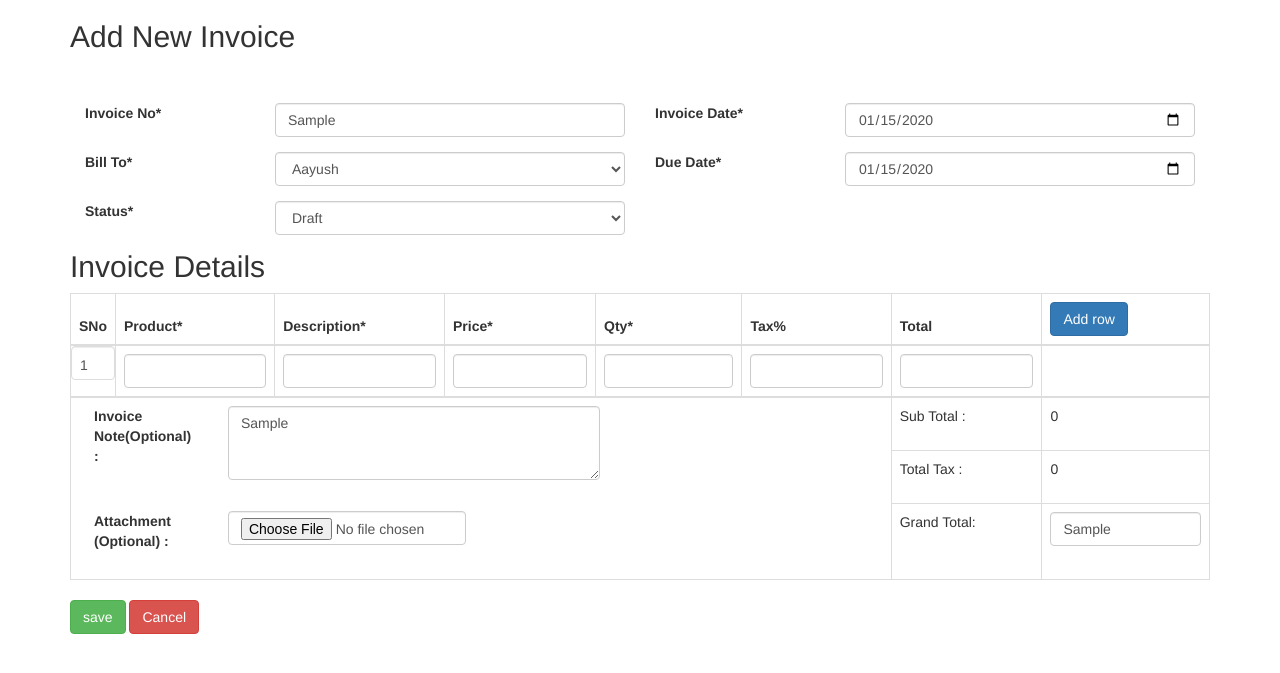
Repository: Aayush13013/Invoice_Management_app
Page: http://localhost/invoiceInfo/WEB-INF/jsp/new_invoiceInfo.jsp
These files come from the project's save history. The page is drawn as it stood at one moment and after the next save; the edit follows.
The browser window is 1280 px wide. The pictures show the whole page.
Empty fields were first filled with sample values (such as "Sample", 5 or name@example.com).
After loading, the first visible `input.btn` was clicked once.
The page is served by Tomcat 9. Nobody is signed in. Other server files are loaded and not shown. The template is opened directly, without the code that normally fills it, so the values that code supplies are empty.

Above is the page before, as saved 2021-12-28 07:20:46.

### invoiceInfo/invoiceInfo/src/main/webapp/WEB-INF/jsp/new_invoiceInfo.jsp
<%@ page language="java" contentType="text/html; charset=ISO-8859-1"
	pageEncoding="ISO-8859-1"%>
<%@ taglib prefix="form" uri="http://www.springframework.org/tags/form"%>
<%@ taglib prefix="c" uri="http://java.sun.com/jsp/jstl/core"%>


<!DOCTYPE html>
<html>

<head>
<meta charset="ISO-8859-1">
<title>Add New Invoice</title>

<link rel="stylesheet"
	href="https://maxcdn.bootstrapcdn.com/bootstrap/3.4.1/css/bootstrap.min.css">



</head>

<body>
	<script>
	 function addRows() {
         var table = document.getElementById("myTable");

         var counts = (table.rows.length) ;
         var temp=counts+1;

         var row = table.insertRow(counts).outerHTML = "<tr id='row" + counts + "'> " +

             "<td class='form-control'>"+temp+"</td> " +
             "<td id='productName" + counts + "'><input type='text'   name='listOfProducts[" + counts + "].productName' class='form-control' ></td> " +
             "<td id='description" + counts + "'><input type='text'  name='listOfProducts[" + counts + "].description' class='form-control' ></td> " +
             "<td id='price" + counts + "' ><input type='text'  name='listOfProducts[" + counts + "].price' class='form-control price' ></td> " +
             "<td id='qty" + counts + "' ><input type='text'  name='listOfProducts[" + counts + "].qty' class='form-control qty' ></td> " +
             "<td id='tax" + counts + "' ><input type='text'  name='listOfProducts[" + counts + "].taxPercent' id='taxval" + counts + "' class='form-control tax' ></td> " +
             "<td id='total" + counts + "' ><input type='text'  name='listOfProducts[" + counts + "].total' id='totval" + counts + "' class='form-control total' ></td> " +

             "<td><i class='fa fa-trash' style='font-size:24px' onclick='delete_row3(" + counts + ")'> </i></td> " +
             "</tr>";
     }

	 function deleteRow(e){
		 e.parentNode.parentNode.parentNode.removeChild(e.parentNode.parentNode);
		 serialize();
	 }

	 function serialize(){
		 const list = document.querySelectorAll(".serial");
		 list.forEach((ele,idx)=>{
			 ele.innerHTML=idx+1;
		 })
	 }
	</script>
	<div class="container">

		<h2>Add New Invoice</h2>
		<br>



		<form:form action="/saveInvoice" modelAttribute="invoiceInfo"
			method="POST">
			<form:hidden path="id" placeholder="id" class="form-control " />
			<div class="form-row">
				<div class="form-group col-md-2">
					<label>Invoice No*</label>
				</div>
				<div class="form-group col-md-4">
					<form:input type="text" path="invoiceNo" placeholder="invoiceNo"
						required="required" class="form-control" />
				</div>
				<div class="form-group col-md-2">
					<label>Invoice Date*</label>

				</div>
				<div class="form-group col-md-4">
					<form:input type="date" path="invoiceDate"
						placeholder="invoiceDate" class="form-control " />
				</div>
			</div>
			<div class="form-row">
				<div class="form-group col-md-2">
					<label>Bill To*</label>

				</div>
				<div class="form-group col-md-4">
					<form:select path="billTo" class="form-control" required="required">
						<optgroup label="Select_Customer">
							<form:option value="Aayush"></form:option>
							<form:option value="Shridhar"></form:option>
							<form:option value="Suneel"></form:option>
							<form:option value="Lekhana"></form:option>
						</optgroup>
					</form:select>
				</div>
				<div class="form-group col-md-2">
					<label>Due Date*</label>

				</div>

				<div class="form-group col-md-4">
					<form:input type="date" path="dueDate" placeholder="dueDate"
						class="form-control " />
				</div>
			</div>
			<div class="form-row">
				<div class="form-group col-md-2">
					<label>Status*</label>

				</div>
				<div class="form-group col-md-4">
					<form:select path="status" class="form-control">
						<optgroup label="Select_Status">
							<form:option value="Draft"></form:option>
							<form:option value="Sent"></form:option>
							<form:option value="Paid"></form:option>
						</optgroup>
					</form:select>
				</div>
				<div class="form-group col-md-2">
					<label hidden>** :</label>
				</div>
				<div class="form-group col-md-4">
					<input type="text" class="form-control" style="visibility: hidden;">
				</div>
			</div>


			<div class="form-row">
				<h2>Invoice Details</h2>

				<table class="table table-bordered">
					<thead>
						<tr>
							<th>SNo</th>
							<th>Product*</th>
							<th>Description*</th>
							<th>Price*</th>
							<th>Qty*</th>
							<th>Tax%</th>
							<th>Total</th>
							<th><input type="button" value="Add row"
								class="btn btn-primary" onclick="addRows('myTable')" /></th>
						</tr>

					</thead>
					<tbody id="myTable">

					</tbody>
					<tr>
						<td colspan="6" rowspan="2">
							<div class="form-group  col-md-2">
								<label>Invoice Note(Optional) :</label>
							</div>
							<div class="form-group   col-md-6">
								<textarea class="form-control rounded-0" name="invoiceNote"
									id="invoiceNote" rows="3" maxlength="1000"
									placeholder="Invoice Note"></textarea>
							</div>
						</td>
						<td>Sub Total :</td>
						<td><span path="subTotal" name="subTotal" id="subTotal">0</span></td>
					</tr>
					<tr>
						<td>Total Tax :</td>
						<td><span path="totalTax" name="totalTax" id="totalTax">0</span></td>
					</tr>
					<tr>
						<td colspan="6" style="border-top: hidden">
							<div class="form-group  col-md-2">
								<label>Attachment (Optional) :</label>
							</div>
							<div class="form-group col-md-4">
								<input type="file" name="file" path="file"
									placeholder="Attachment" id="file" class="form-control">
							</div>
						</td>
						<td>Grand Total:</td>
						<td><input type="text" path="grandTotal" name="grandTotal"
							id="grandTotal" class="form-control col-4 mb-4" /></td>
					</tr>

				</table>
			</div>

			<input type="submit" value="save" class="btn btn-success" />
			<button type="clear" class="btn btn-danger">Cancel</button>
		</form:form>
	</div>
</body>

</html>

After the next save:
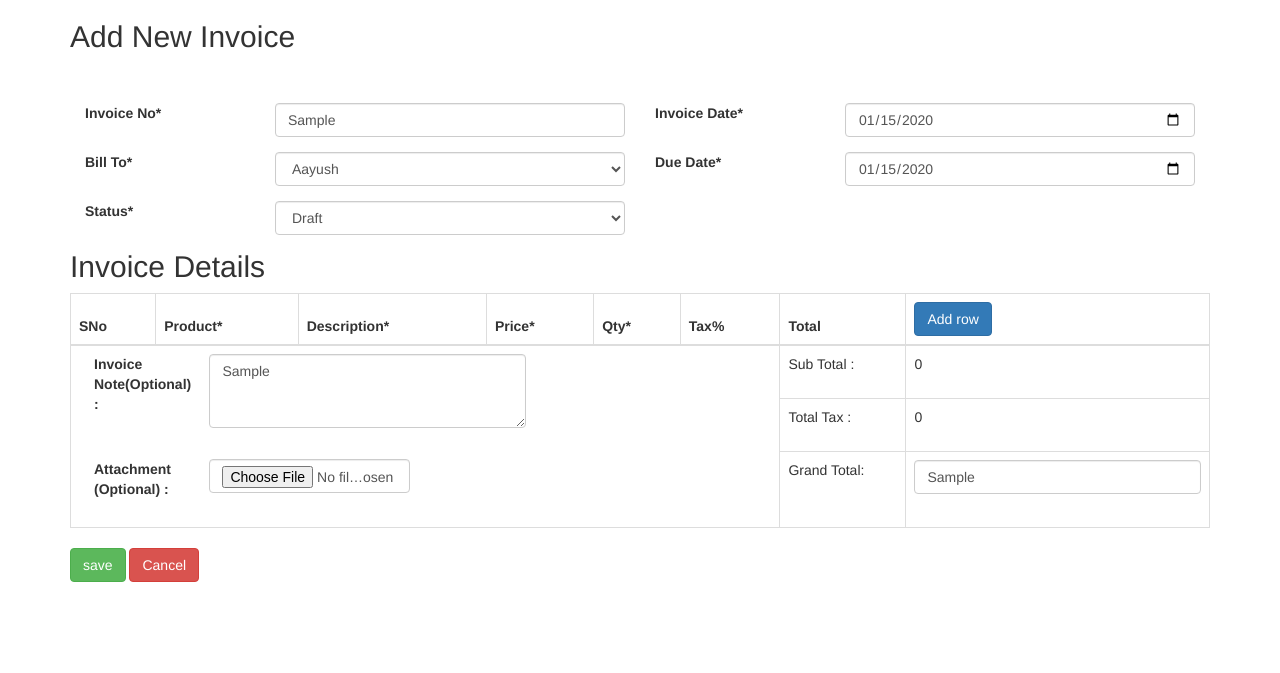
Console error (its wording comes from the project's code and is left out).
Saved 94 s later.
--- a/invoiceInfo/invoiceInfo/src/main/webapp/WEB-INF/jsp/new_invoiceInfo.jsp
+++ b/invoiceInfo/invoiceInfo/src/main/webapp/WEB-INF/jsp/new_invoiceInfo.jsp
@@ -28,7 +28,7 @@
 
          var row = table.insertRow(counts).outerHTML = "<tr id='row" + counts + "'> " +
 
-             "<td class='form-control'>"+temp+"</td> " +
+             "<td class='form-control'>"++"</td> " +
              "<td id='productName" + counts + "'><input type='text'   name='listOfProducts[" + counts + "].productName' class='form-control' ></td> " +
              "<td id='description" + counts + "'><input type='text'  name='listOfProducts[" + counts + "].description' class='form-control' ></td> " +
              "<td id='price" + counts + "' ><input type='text'  name='listOfProducts[" + counts + "].price' class='form-control price' ></td> " +

After the 4 saves that followed:
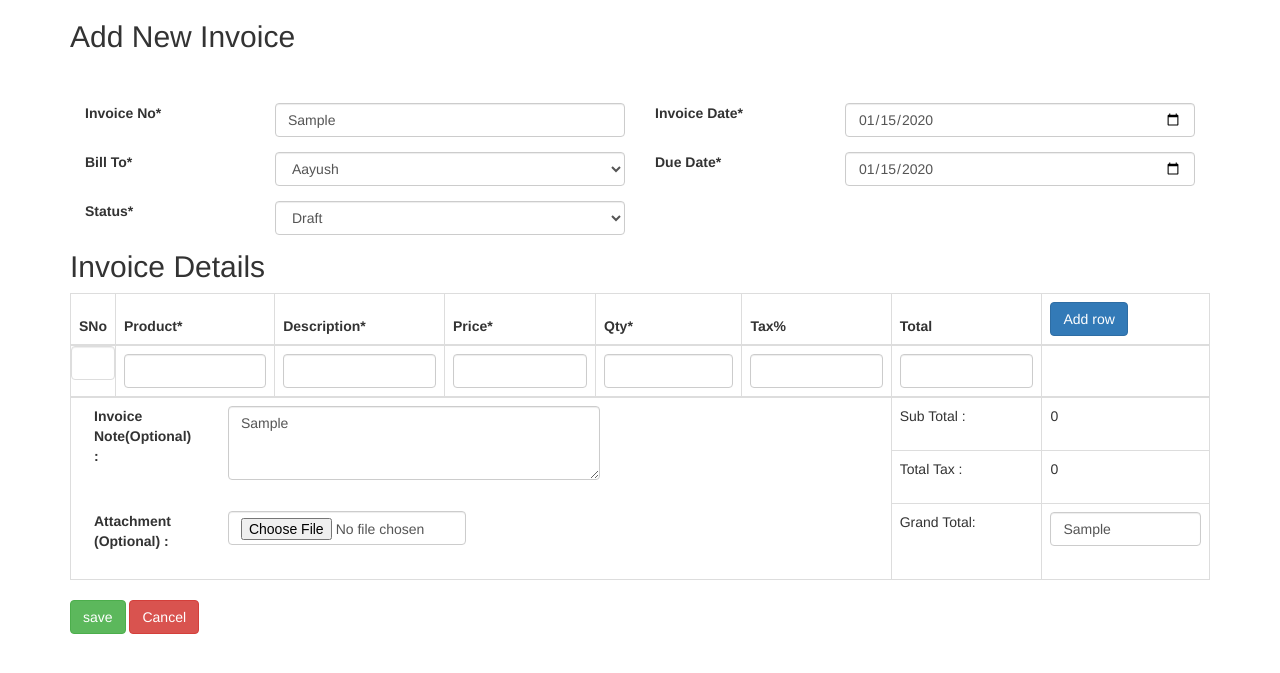
The error is gone.
The 4 saves are shown as one change because 2 left the picture as it was and some came seconds apart.
The last was saved 32 s later.
--- a/invoiceInfo/invoiceInfo/src/main/webapp/WEB-INF/jsp/new_invoiceInfo.jsp
+++ b/invoiceInfo/invoiceInfo/src/main/webapp/WEB-INF/jsp/new_invoiceInfo.jsp
@@ -28,7 +28,7 @@
 
          var row = table.insertRow(counts).outerHTML = "<tr id='row" + counts + "'> " +
 
-             "<td class='form-control'>"++"</td> " +
+             "<td class='form-control serial'></td> " +
              "<td id='productName" + counts + "'><input type='text'   name='listOfProducts[" + counts + "].productName' class='form-control' ></td> " +
              "<td id='description" + counts + "'><input type='text'  name='listOfProducts[" + counts + "].description' class='form-control' ></td> " +
              "<td id='price" + counts + "' ><input type='text'  name='listOfProducts[" + counts + "].price' class='form-control price' ></td> " +
